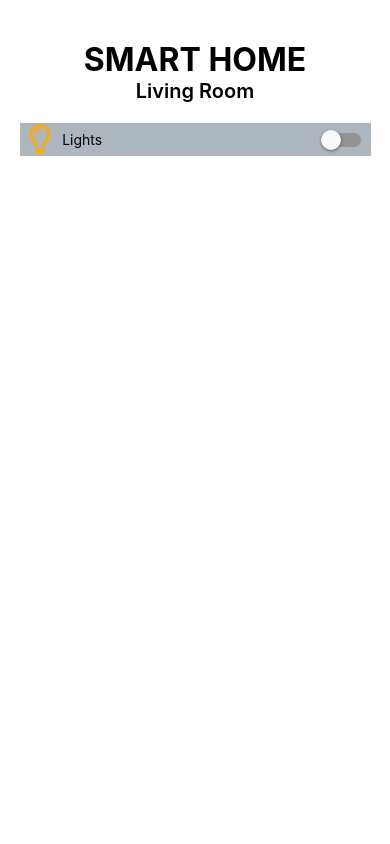
Repository: NQD2308/CNTT3
Screen: / (app in Week 5/home work/ListThietBi/)
An editor plug-in stored every save of this project. The screen is shown before and after the next save, followed by the edit.
The app was drawn by React Native's web renderer in a window 390 px wide. The project was rebuilt for these pictures with package versions that can differ from the ones it lists, and the page was loaded fresh each time.

Above is the screen before, as saved 2024-04-11 22:37:43.

### Week 5/home work/ListThietBi/App.js
import { StatusBar } from 'expo-status-bar';
import { StyleSheet, Text, View, Switch } from 'react-native';
import F5Icon from 'react-native-vector-icons/FontAwesome5';

export default function App() {
  return (
    <View style={styles.container}>
      <StatusBar style="auto" backgroundColor="gray"/>
      <Text style={styles.headerText}>SMART HOME</Text>
      <Text style={styles.headerLittleText}>Living Room</Text>
      <View style={styles.option}>
        <View style={styles.leftSide}>
        <F5Icon name="lightbulb" size={30} color={'#ffaa00'} />
        <Text>Lights</Text>
        </View>
        <Switch/>
      </View>
    </View>
  );
}

const styles = StyleSheet.create({
  container: {
    flex: 1,
    backgroundColor: '#fff',
    alignItems: 'center',
    marginTop: 40
  },
  headerText: {
    fontSize: 32,
    fontWeight: 'bold'
  },
  headerLittleText: {
    fontSize: 20,
    fontWeight: '600',
    marginBottom: 20
  },
  option: {
    width: '90%',
    backgroundColor: '#adb5bd',
    flexDirection: 'row',
    justifyContent: 'space-between',
    alignItems: 'center',
    paddingLeft: 10,
    paddingRight: 10
  },
  leftSide: {
    flexDirection: 'row',
    gap: 12,
    alignItems: 'center',

  }
});

After the next save:
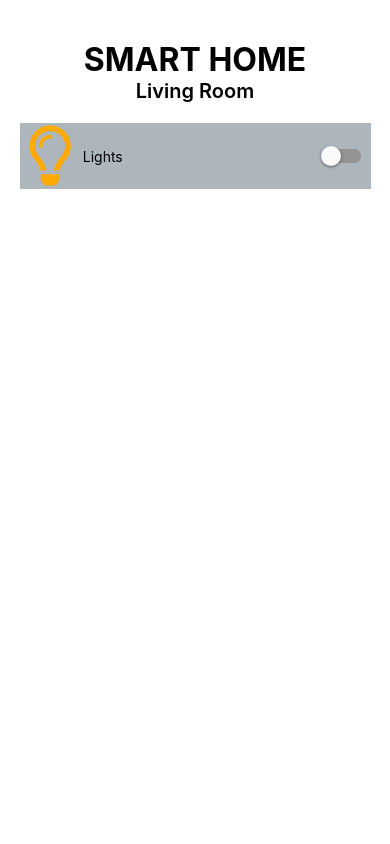
Saved 9 s later.
--- a/Week 5/home work/ListThietBi/App.js
+++ b/Week 5/home work/ListThietBi/App.js
@@ -10,7 +10,7 @@ export default function App() {
       <Text style={styles.headerLittleText}>Living Room</Text>
       <View style={styles.option}>
         <View style={styles.leftSide}>
-        <F5Icon name="lightbulb" size={30} color={'#ffaa00'} />
+        <F5Icon name="lightbulb" size={60} color={'#ffaa00'} />
         <Text>Lights</Text>
         </View>
         <Switch/>
